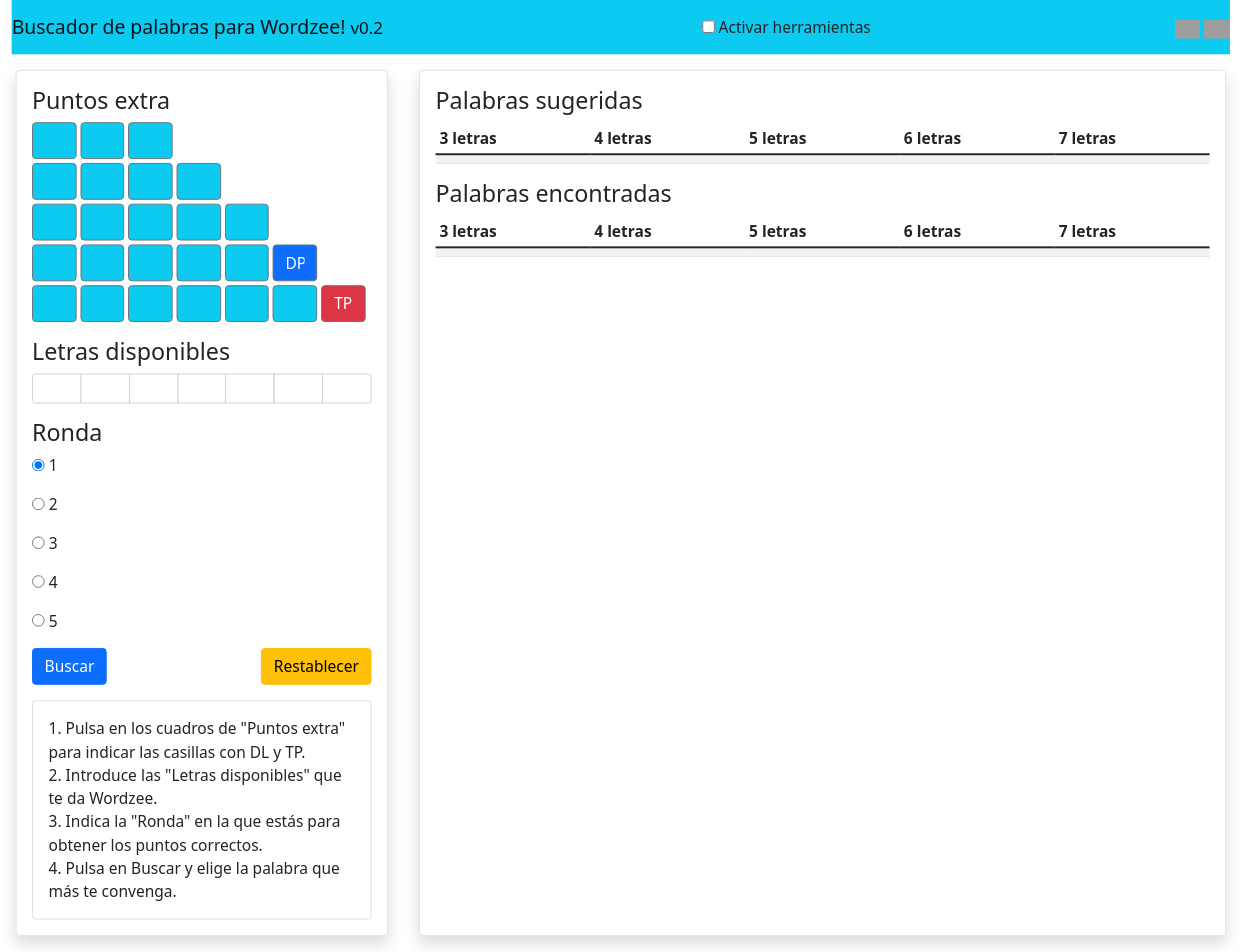
Repository: angelcafe/wordzee-bp_javascript
Page: index.html
These files come from the project's save history. The page is drawn as it stood at one moment and after the next save; the edit follows.
The browser window is 1280 px wide. The pictures show the whole page, at 97% of full size.
Pictures or frames that could not be fetched are drawn as grey boxes.

Above is the page before, as saved 2021-10-22 21:44:04.

### index.html
<!DOCTYPE html>
<html lang="es">

<head>
    <meta charset="UTF-8">
    <meta name="viewport" content="width=device-width, initial-scale=1">
    <meta http-equiv="Expires" content="0">
    <meta http-equiv="Last-Modified" content="0">
    <meta http-equiv="Cache-Control" content="no-cache, mustrevalidate">
    <meta http-equiv="Pragma" content="no-cache">
    <link rel="icon" href="favicon.ico" type="image/ico" />
    <link rel="stylesheet" href="https://cdn.jsdelivr.net/npm/bootstrap@5.1.3/dist/css/bootstrap.min.css" integrity="sha384-1BmE4kWBq78iYhFldvKuhfTAU6auU8tT94WrHftjDbrCEXSU1oBoqyl2QvZ6jIW3" crossorigin="anonymous">
    <link rel="stylesheet" href="https://cdn.jsdelivr.net/npm/bootstrap-icons@1.5.0/font/bootstrap-icons.css">
    <link rel="stylesheet" href="index.css">
    <title>Busca palabras</title>
</head>

<body>
    <div class="container-fluid pl-2 pr-2">
        <!-- Cabecera -->
        <nav class="navbar navbar-light bg-info">
            <span class="navbar-brand">Buscador de palabras para Wordzee! <small>v0.2</small></span>
            <div class="custom-control custom-switch custom-control-inline">
                <input class="custom-control-input" type="checkbox" id="idActivarHerramientas">
                <label class="custom-control-label" for="idActivarHerramientas">Activar herramientas</label>
            </div>
            <span class="navbar-text">
                <a href="https://www.facebook.com/BuscaPalabras-para-Wordzee-106324508497974" target="_blank"><img src="https://upload.wikimedia.org/wikipedia/commons/5/51/Facebook_f_logo_%282019%29.svg" height="20"></a>
                <a href="https://t.me/buscadorwordzee" target="_blank"><img src="https://upload.wikimedia.org/wikipedia/commons/thumb/8/83/Telegram_2019_Logo.svg/2048px-Telegram_2019_Logo.svg.png" height="20"></a>
            </span>
        </nav>
        <div class="row">
            <!-- Puntos extra -->
            <div id="idPuntosExtra" class="col border shadow rounded m-3 p-3">
                <form name="principal" id="principal" method="POST">
                    <h4>Puntos extra</h4>
                    <div class="p-0 mb-1">
                        <input type="text" name="pal3let1" id="pal3let1" class="btn btn-secondary info" value="" readonly>
                        <input type="text" name="pal3let2" id="pal3let2" class="btn btn-secondary info" value="" readonly>
                        <input type="text" name="pal3let3" id="pal3let3" class="btn btn-secondary info" value="" readonly>
                    </div>
                    <div class="p-0 mb-1">
                        <input type="text" name="pal4let1" id="pal4let1" class="btn btn-secondary info" value="" readonly>
                        <input type="text" name="pal4let2" id="pal4let2" class="btn btn-secondary info" value="" readonly>
                        <input type="text" name="pal4let3" id="pal4let3" class="btn btn-secondary info" value="" readonly>
                        <input type="text" name="pal4let4" id="pal4let4" class="btn btn-secondary info" value="" readonly>
                    </div>
                    <div class="p-0 mb-1">
                        <input type="text" name="pal5let1" id="pal5let1" class="btn btn-secondary info" value="" readonly>
                        <input type="text" name="pal5let2" id="pal5let2" class="btn btn-secondary info" value="" readonly>
                        <input type="text" name="pal5let3" id="pal5let3" class="btn btn-secondary info" value="" readonly>
                        <input type="text" name="pal5let4" id="pal5let4" class="btn btn-secondary info" value="" readonly>
                        <input type="text" name="pal5let5" id="pal5let5" class="btn btn-secondary info" value="" readonly>
                    </div>
                    <div class="p-0 mb-1">
                        <input type="text" name="pal6let1" id="pal6let1" class="btn btn-secondary info" value="" readonly>
                        <input type="text" name="pal6let2" id="pal6let2" class="btn btn-secondary info" value="" readonly>
                        <input type="text" name="pal6let3" id="pal6let3" class="btn btn-secondary info" value="" readonly>
                        <input type="text" name="pal6let4" id="pal6let4" class="btn btn-secondary info" value="" readonly>
                        <input type="text" name="pal6let5" id="pal6let5" class="btn btn-secondary info" value="" readonly>
                        <input type="text" name="pal6let6" id="pal6let6" class="btn btn-secondary info" value="" readonly>
                    </div>
                    <div class="p-0 mb-3">
                        <input type="text" name="pal7let1" id="pal7let1" class="btn btn-secondary info" value="" readonly>
                        <input type="text" name="pal7let2" id="pal7let2" class="btn btn-secondary info" value="" readonly>
                        <input type="text" name="pal7let3" id="pal7let3" class="btn btn-secondary info" value="" readonly>
                        <input type="text" name="pal7let4" id="pal7let4" class="btn btn-secondary info" value="" readonly>
                        <input type="text" name="pal7let5" id="pal7let5" class="btn btn-secondary info" value="" readonly>
                        <input type="text" name="pal7let6" id="pal7let6" class="btn btn-secondary info" value="" readonly>
                        <input type="text" name="pal7let7" id="pal7let7" class="btn btn-secondary info" value="" readonly>
                    </div>
                    <h4>Letras disponibles</h4>
                    <div class="input-group input-group-sm mb-3" id="letras">
                        <input name="letra1" id="idLetra1" type="text" size="1" maxlength="1" autocomplete="off" required="required" class="form-control text-uppercase" value="">
                        <input name="letra2" id="idLetra2" type="text" size="1" maxlength="1" autocomplete="off" required="required" class="form-control text-uppercase" value="">
                        <input name="letra3" id="idLetra3" type="text" size="1" maxlength="1" autocomplete="off" required="required" class="form-control text-uppercase" value="">
                        <input name="letra4" id="idLetra4" type="text" size="1" maxlength="1" autocomplete="off" required="required" class="form-control text-uppercase" value="">
                        <input name="letra5" id="idLetra5" type="text" size="1" maxlength="1" autocomplete="off" required="required" class="form-control text-uppercase" value="">
                        <input name="letra6" id="idLetra6" type="text" size="1" maxlength="1" autocomplete="off" required="required" class="form-control text-uppercase" value="">
                        <input name="letra7" id="idLetra7" type="text" size="1" maxlength="1" autocomplete="off" required="required" class="form-control text-uppercase" value="">
                    </div>
                    <h4>Ronda</h4>
                    <div class="custom-control custom-radio custom-control-inline mb-3">
                        <input type="radio" id="idRonda1" name="ronda" value="1" class="custom-control-input" checked>
                        <label class="custom-control-label" for="idRonda1">1</label>
                    </div>
                    <div class="custom-control custom-radio custom-control-inline mb-3">
                        <input type="radio" id="idRonda2" name="ronda" value="2" class="custom-control-input">
                        <label class="custom-control-label" for="idRonda2">2</label>
                    </div>
                    <div class="custom-control custom-radio custom-control-inline mb-3">
                        <input type="radio" id="idRonda3" name="ronda" value="3" class="custom-control-input">
                        <label class="custom-control-label" for="idRonda3">3</label>
                    </div>
                    <div class="custom-control custom-radio custom-control-inline mb-3">
                        <input type="radio" id="idRonda4" name="ronda" value="4" class="custom-control-input">
                        <label class="custom-control-label" for="idRonda4">4</label>
                    </div>
                    <div class="custom-control custom-radio custom-control-inline mb-3">
                        <input type="radio" id="idRonda5" name="ronda" value="5" class="custom-control-input">
                        <label class="custom-control-label" for="idRonda5">5</label>
                    </div>
                    <div class="btn-toolbar justify-content-between mt-1">
                        <button type="submit" class="btn btn-primary">Buscar</button>
                        <button type="button" onclick="restablecer()" class="btn btn-warning">Restablecer</button>
                    </div>
                </form>
                <div class="card mt-3">
                    <div class="card-body">
                        1. Pulsa en los cuadros de "Puntos extra" para indicar las casillas con DL y TP.
                        <br>
                        2. Introduce las "Letras disponibles" que te da Wordzee.
                        <br>
                        3. Indica la "Ronda" en la que estás para obtener los puntos correctos.
                        <br>
                        4. Pulsa en Buscar y elige la palabra que más te convenga.
                    </div>
                </div>
            </div>
            <!-- Herramientas -->
            <div id="idHerramientas" class="herramientas d-none border col m-3 p-3 shadow rounded">
                <h4>Herramientas</h4>
                <form class="row">
                    <div class="col">Palabra nueva:</div>
                    <div class="col">
                        <input name="palabraGuardar" id="palabraGuardar" type="text" minlength="3" maxlength="7" autocomplete="off" required="required" class="form-control text-uppercase" value="">
                    </div>
                    <div class="col">
                        <button id="idGuardar" type="button" class="btn btn-primary">Guardar</button>
                    </div>
                </form>
                <form class="row mt-3">
                    <div class="col">Borrar palabra:</div>
                    <div class="col">
                        <input name="palabraBorrar" id="palabraBorrar" type="text" minlength="3" maxlength="7" autocomplete="off" required="required" class="form-control text-uppercase" value="">
                    </div>
                    <div class="col">
                        <button id="idBorrar" type="button" class="btn btn-danger">Borrar</button>
                    </div>
                </form>
                <form class="row mt-3">
                    <div class="col">Exportar JSON:</div>
                    <div class="col"></div>
                    <div class="col">
                        <button type="button" onclick="palabras.exportar()" class="btn btn-primary">Exportar</button>
                    </div>
                </form>
                <form class="row mt-3">
                    <div class="col">Importar JSON:</div>
                    <div class="col custom-file">
                        <input type="file" class="custom-file-input" accept=".json" id="formFile" required="required">
                        <label class="custom-file-label" for="formFile" data-browse="Elegir"></label>
                    </div>
                    <div class="col input-group-append">
                        <button type="button" class="btn btn-warning" onclick="palabras.importar()">Importar</button>
                    </div>
                </form>
            </div>
            <div class="border col m-3 p-3 shadow rounded">
                <!-- Palabras sugeridas -->
                <h4>Palabras sugeridas</h4>
                <table class="table table-sm table-striped table-hover">
                    <thead>
                        <tr>
                            <th>3 letras</th>
                            <th>4 letras</th>
                            <th>5 letras</th>
                            <th>6 letras</th>
                            <th>7 letras</th>
                        </tr>
                    </thead>
                    <tbody>
                        <tr>
                            <td class="noselect"></td>
                            <td class="noselect"></td>
                            <td class="noselect"></td>
                            <td class="noselect"></td>
                            <td class="noselect"></td>
                        </tr>
                    </tbody>
                </table>
                <!-- Palabras encontradas -->
                <h4>Palabras encontradas</h4>
                <table class="table table-sm table-striped table-hover">
                    <thead>
                        <tr>
                            <th>3 letras</th>
                            <th>4 letras</th>
                            <th>5 letras</th>
                            <th>6 letras</th>
                            <th>7 letras</th>
                        </tr>
                    </thead>
                    <tbody>
                        <tr>
                            <td class="menu palenc noselect"></td>
                            <td class="menu palenc noselect"></td>
                            <td class="menu palenc noselect"></td>
                            <td class="menu palenc noselect"></td>
                            <td class="menu palenc noselect"></td>
                        </tr>
                    </tbody>
                </table>
            </div>
        </div>
    </div>
    <div id="modalAlert" class="modal fade" tabindex="-1">
        <div class="modal-dialog">
            <div class="modal-content">
                <div class="modal-header">
                    <h5 class="modal-title"></h5>
                    <button type="button" class="close" data-dismiss="modal" aria-label="Close"></button>
                </div>
                <div class="modal-body">
                    <p>Importación finalizada.</p>
                </div>
                <div class="modal-footer">
                    <button type="button" class="close" data-dismiss="modal" aria-label="Cerrar">
                        <span aria-hidden="true">&times;</span>
                    </button>
                </div>
            </div>
        </div>
    </div>
    <div id="menu">
        <div>
            <i class="bi bi-eraser-fill"></i> Borrar <span id="idBorrarPalabra"></span> de la Base de Datos
        </div>
    </div>
    <script src="https://cdn.jsdelivr.net/npm/bootstrap@5.1.3/dist/js/bootstrap.bundle.min.js" integrity="sha384-ka7Sk0Gln4gmtz2MlQnikT1wXgYsOg+OMhuP+IlRH9sENBO0LRn5q+8nbTov4+1p" crossorigin="anonymous"></script>
    <script src="index.js"></script>
</body>

</html>

### index.css
.btn-secondary {
    width: 13%;
}
.info {
    background-color: #0dcaf0;
}
.noselect {
    -webkit-touch-callout: none; /* iOS Safari */
    -webkit-user-select: none; /* Safari */
    -khtml-user-select: none; /* Konqueror HTML */
    -moz-user-select: none; /* Firefox */
    -ms-user-select: none; /* Internet Explorer/Edge */
    user-select: none; /* Non-prefixed version, currently
                        supported by Chrome and Opera */
}
.palenc {
    cursor: pointer;
}
.rosa {
    background-color: pink;
}
#idPuntosExtra {
    max-width: 24em;
    min-width: 24em;
}
.herramientas {
    max-width: 26em;
    min-width: 24em;
}
#idBorrarPalabra,
#idBotonBuscaPalabras {
    cursor: pointer;
}
#menu {
    position: absolute;
    display: none;
    padding: 0px;
    font-family: sans-serif;
    font-size: 15px;
    background: #fff;
    color: #555;
    border: 1px solid #C6C6C6;
    -webkit-transition: opacity .5s ease-in-out;
    -moz-transition: opacity .5s ease-in-out;
    transition: opacity .5s ease-in-out;
    -webkit-box-shadow: 2px 2px 2px 0px rgba(143, 144, 145, 1);
    -moz-box-shadow: 2px 2px 2px 0px rgba(143, 144, 145, 1);
    box-shadow: 2px 2px 2px 0px rgba(143, 144, 145, 1);
}
#menu div {
    display: block;
    color: #555;
    text-decoration: none;
    padding: 6px 8px 6px 8px;
    width: 294px;
    position: relative;
}
#menu div img,
#menu div i.fa {
    height: 20px;
    font-size: 17px;
    width: 20px;
    position: absolute;
    left: 5px;
    top: 2px;
}
#menu span:hover {
    color: #fff;
    background: #69a0f1;
}
#menu span {
    font-weight: bold;
}

Loaded but not shown: index.js (204 lines, source omitted)

After the next save:
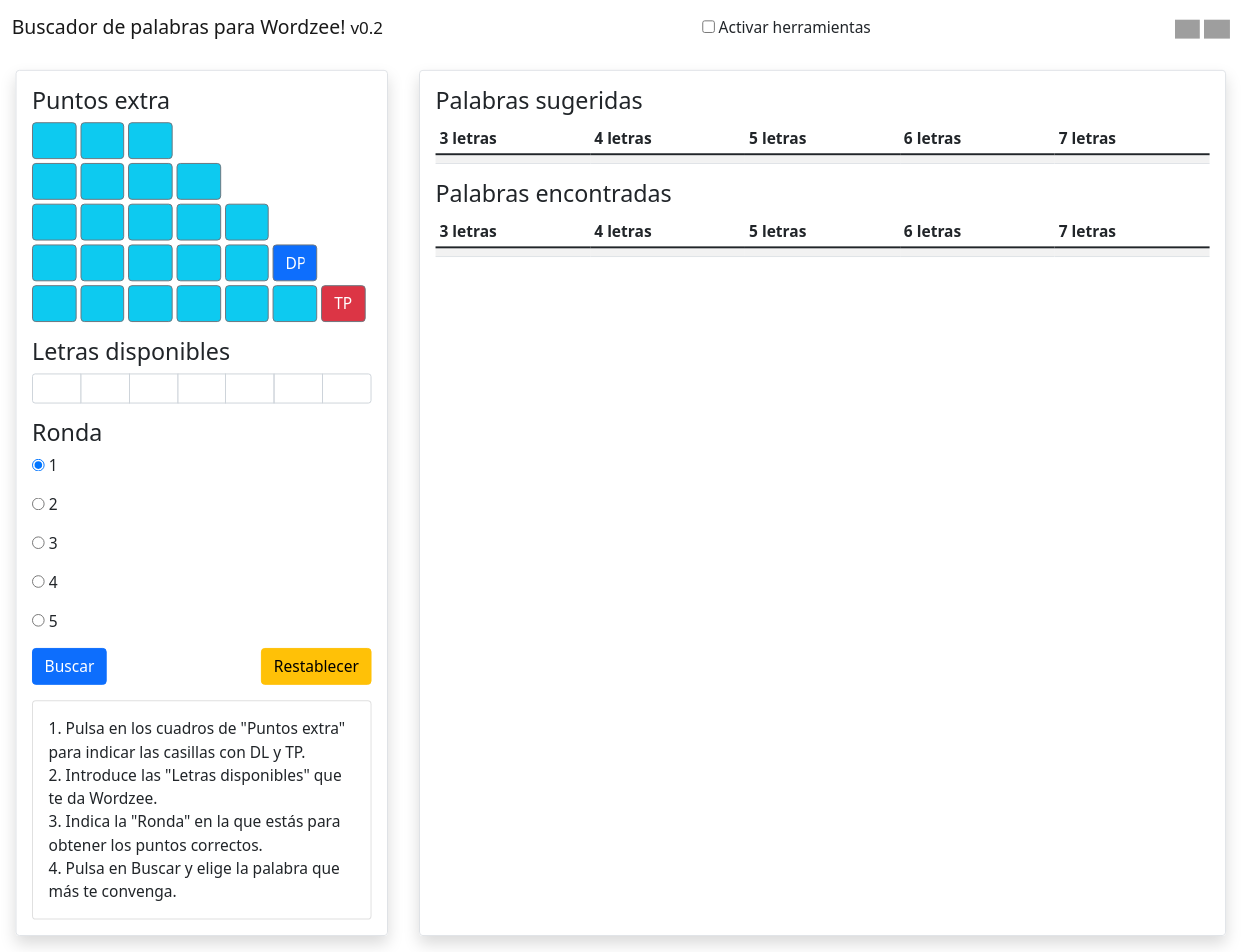
Saved 39 s later.
--- a/index.html
+++ b/index.html
@@ -18,7 +18,7 @@
 <body>
     <div class="container-fluid pl-2 pr-2">
         <!-- Cabecera -->
-        <nav class="navbar navbar-light bg-info">
+        <nav class="navbar navbar-light bg-info-50">
             <span class="navbar-brand">Buscador de palabras para Wordzee! <small>v0.2</small></span>
             <div class="custom-control custom-switch custom-control-inline">
                 <input class="custom-control-input" type="checkbox" id="idActivarHerramientas">

After the save that followed:
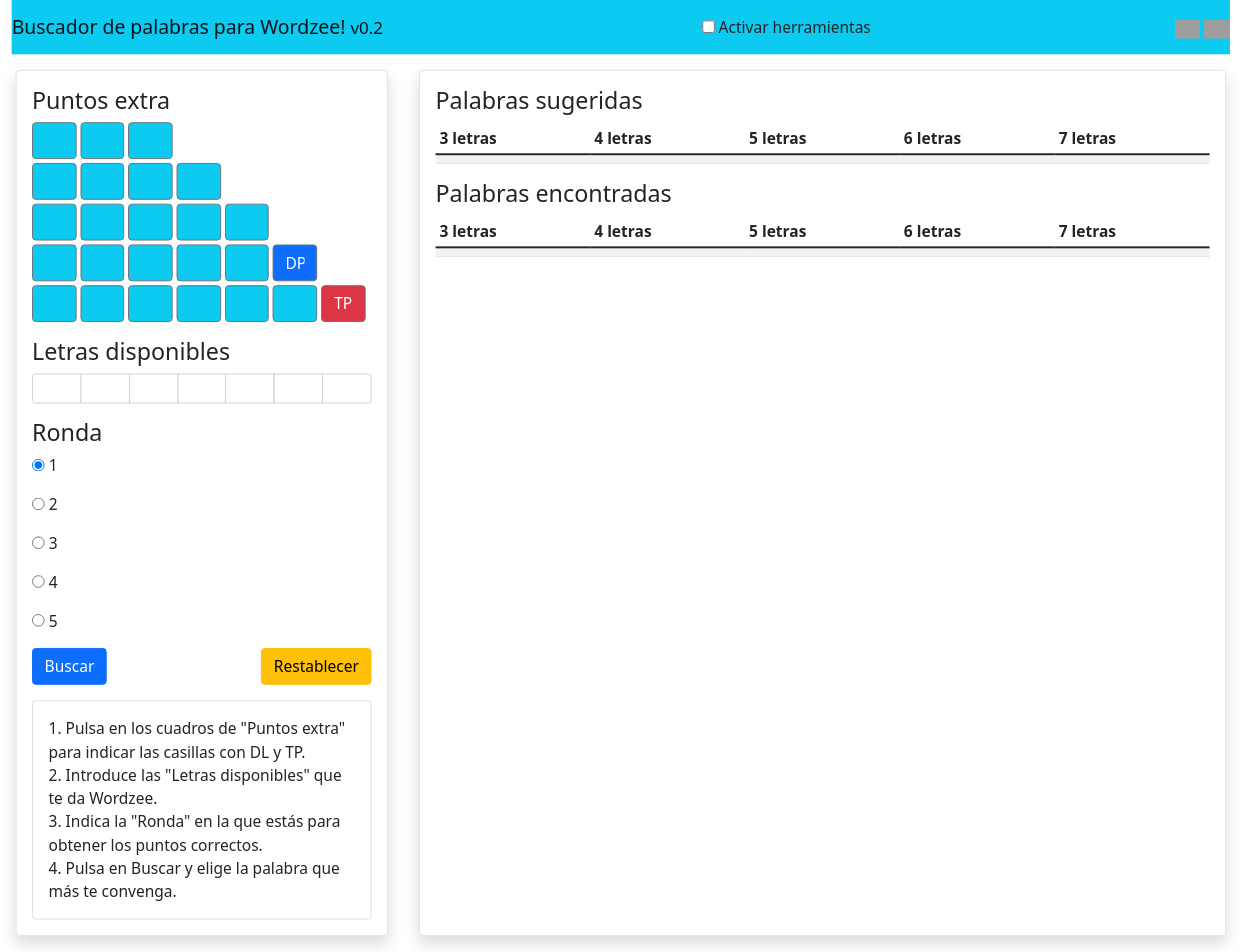
Saved 7 s later.
--- a/index.html
+++ b/index.html
@@ -18,7 +18,7 @@
 <body>
     <div class="container-fluid pl-2 pr-2">
         <!-- Cabecera -->
-        <nav class="navbar navbar-light bg-info-50">
+        <nav class="navbar navbar-light bg-info">
             <span class="navbar-brand">Buscador de palabras para Wordzee! <small>v0.2</small></span>
             <div class="custom-control custom-switch custom-control-inline">
                 <input class="custom-control-input" type="checkbox" id="idActivarHerramientas">
